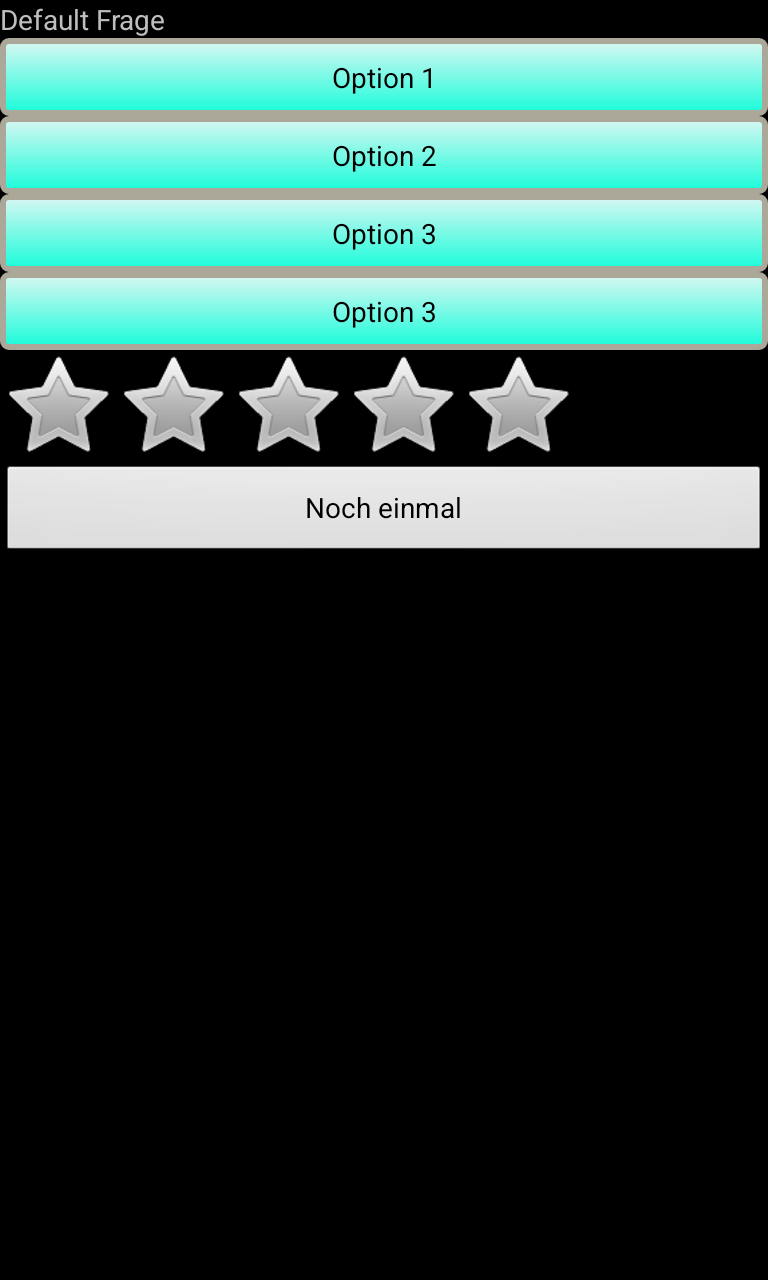
Repository: rueckemann/WWM
Layout: WWM/res/layout/main.xml
These files come from the project's save history. The layout is drawn as it stood at one moment and after the next save; the edit follows.
It is drawn on a 768 x 1280 px phone screen (xhdpi) without system bars, with theme customTheme; the app's code is not run.

Above is the layout before, as saved 2012-02-20 19:42:52.

After the next save:
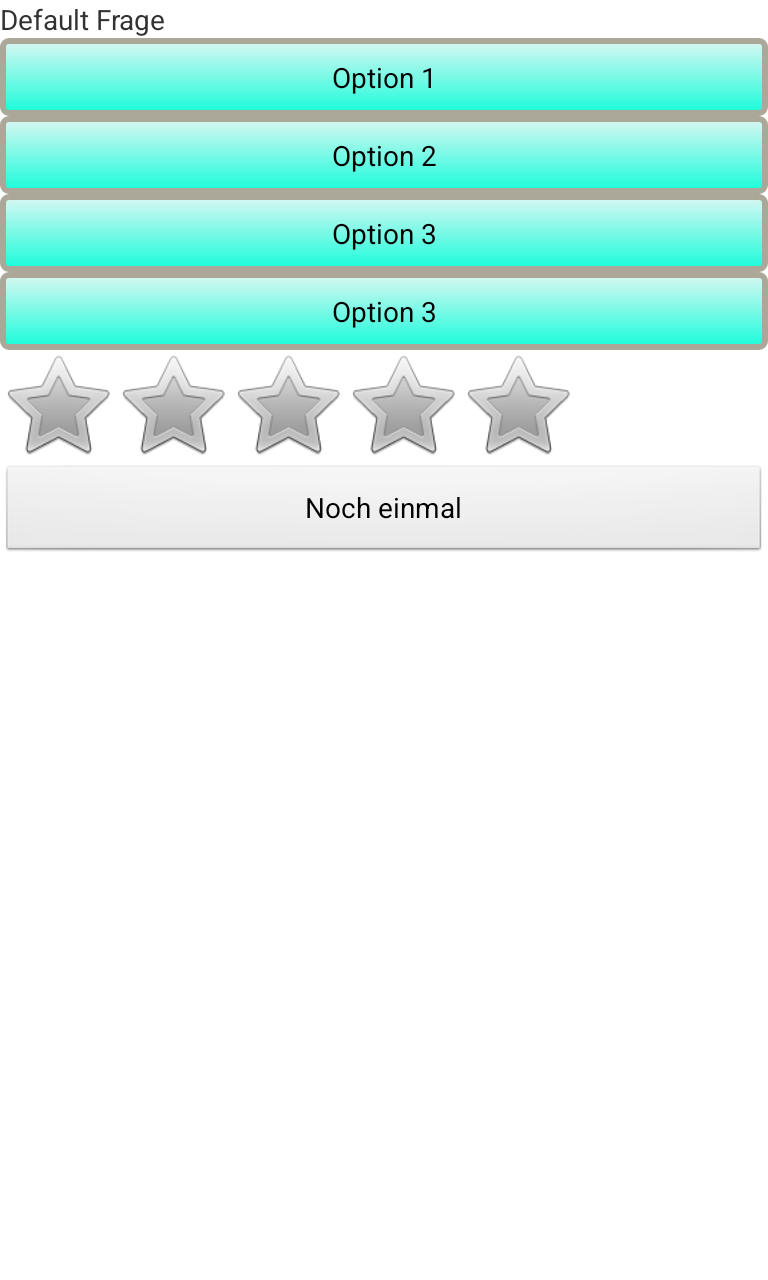
Saved 3 min 41 s later.
--- a/WWM/res/values/themes.xml
+++ b/WWM/res/values/themes.xml
@@ -1,6 +1,6 @@
 <?xml version="1.0" encoding="utf-8"?>
 <resources>
-    <style name="customTheme" parent="android:Theme">
+    <style name="customTheme" parent="android:Theme.Light">
         <item name="android:windowTitleBackgroundStyle">@style/WWM_Style</item>
     </style>
 </resources>

After the save that followed:
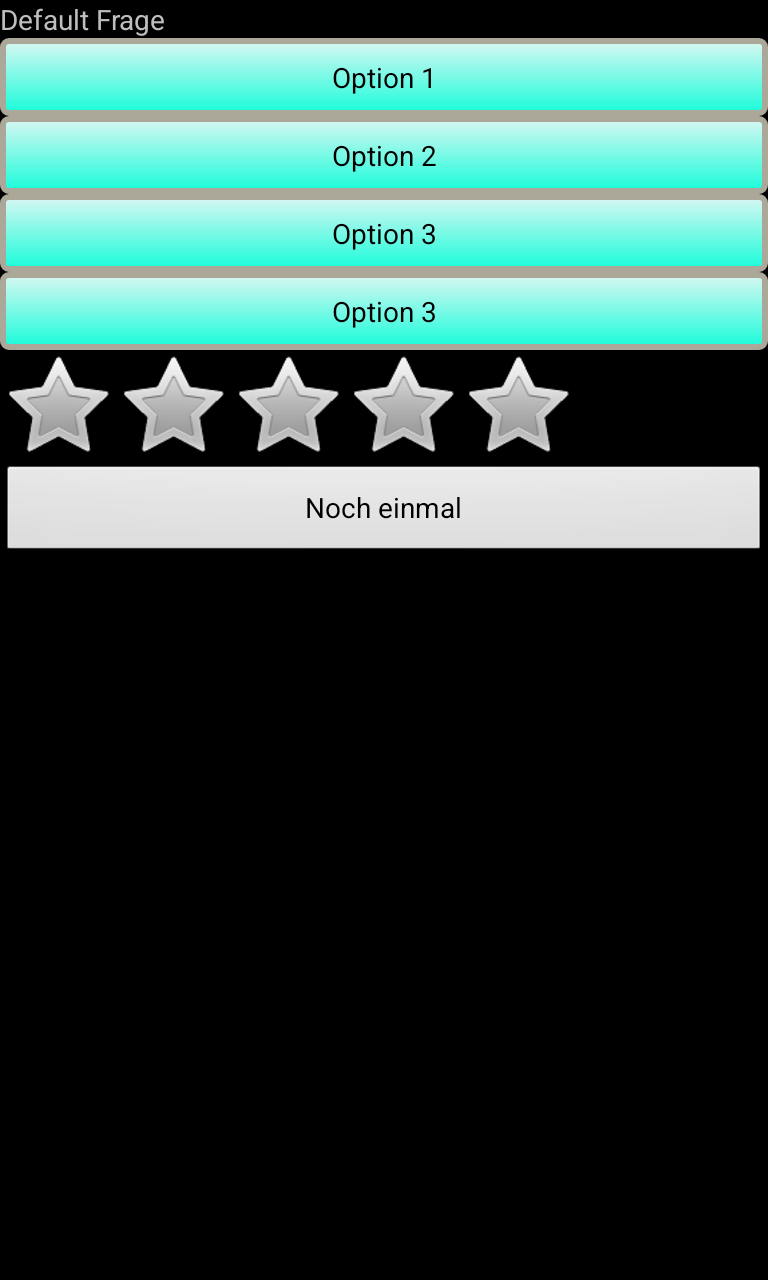
Saved 66 s later.
--- a/WWM/res/values/themes.xml
+++ b/WWM/res/values/themes.xml
@@ -1,6 +1,6 @@
 <?xml version="1.0" encoding="utf-8"?>
 <resources>
-    <style name="customTheme" parent="android:Theme.Light">
+    <style name="customTheme" parent="android:Theme">
         <item name="android:windowTitleBackgroundStyle">@style/WWM_Style</item>
     </style>
 </resources>
